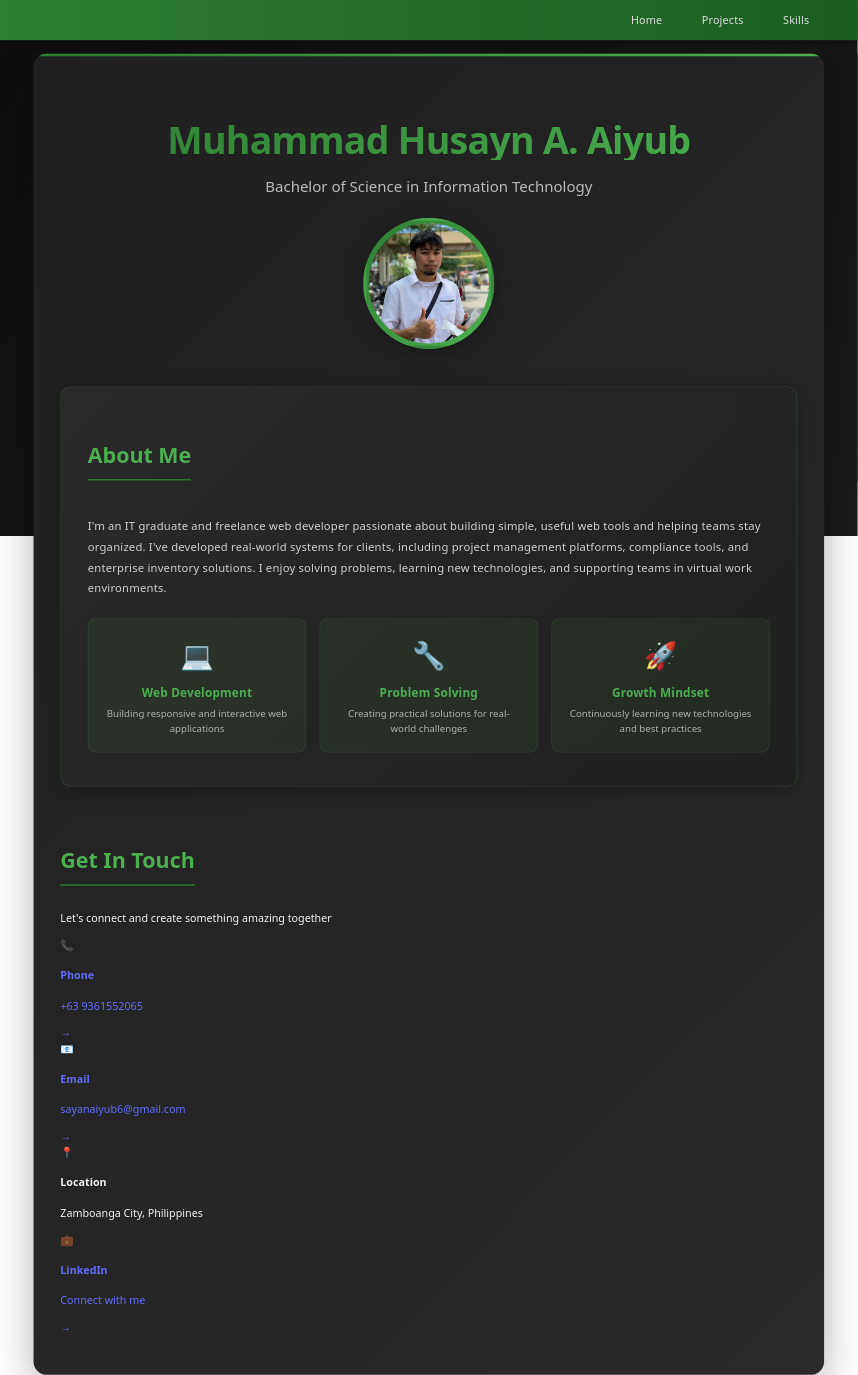
Repository: SAYANA11/portfolio
Page: /
The author's editor kept a copy of each file at every save. The page is drawn from the files as they stood at one save, then again after the next save.
The browser window is 1280 px wide. The pictures show the whole page, at 67% of full size.
The project was rebuilt for these pictures with package versions that can differ from the ones it lists, and the page was loaded fresh each time. Also part of the build but not shown: vite.config.js, src/components/Projects.css, src/components/Projects.jsx, src/components/Skills.css, src/components/Skills.jsx.

Above is the page before, as saved 2026-02-16 22:53:21.

### index.html
<!doctype html>
<html lang="en">
  <head>
    <meta charset="UTF-8" />
    <link rel="icon" type="image/svg+xml" href="/vite.svg" />
    <meta name="viewport" content="width=device-width, initial-scale=1.0" />
    <title>Muhammad Husayn Aiyub - Portfolio</title>
  </head>
  <body>
    <div id="root"></div>
    <script type="module" src="/src/main.jsx"></script>
  </body>
</html>

### src/index.css
:root {
  font-family: system-ui, Avenir, Helvetica, Arial, sans-serif;
  line-height: 1.5;
  font-weight: 400;

  color-scheme: light dark;
  color: rgba(255, 255, 255, 0.87);
  background-color: #242424;

  font-synthesis: none;
  text-rendering: optimizeLegibility;
  -webkit-font-smoothing: antialiased;
  -moz-osx-font-smoothing: grayscale;
}
/* Add in index.css or global style file */

a {
  font-weight: 500;
  color: #646cff;
  text-decoration: inherit;
}
a:hover {
  color: #535bf2;
}

html, body, #root {
  height: 100%;
  margin: 0;
  padding: 0;
}

body {
  margin: 0;
  min-width: 320px;
  background: linear-gradient(135deg, #0f0f0f 0%, #1a1a1a 100%);
  min-height: 100vh;
  position: relative;
}

body::before {
  content: '';
  position: fixed;
  top: 0;
  left: 0;
  right: 0;
  bottom: 0;
  background: linear-gradient(135deg, #0f0f0f 0%, #1a1a1a 100%);
  z-index: -1;
}

h1 {
  font-size: 3.2em;
  line-height: 1.1;
}

button {
  border-radius: 8px;
  border: 1px solid transparent;
  padding: 0.6em 1.2em;
  font-size: 1em;
  font-weight: 500;
  font-family: inherit;
  background-color: #1a1a1a;
  cursor: pointer;
  transition: border-color 0.25s;
}
button:hover {
  border-color: #646cff;
}
button:focus,
button:focus-visible {
  outline: 4px auto -webkit-focus-ring-color;
}

@media (prefers-color-scheme: light) {
  :root {
    color: #213547;
    background-color: #ffffff;
  }
  a:hover {
    color: #747bff;
  }
  button {
    background-color: #f9f9f9;
  }
}

### src/App.jsx
import React from "react";
import { BrowserRouter as Router, Routes, Route } from "react-router-dom";
import NavBar from "./components/Navbar";
import Hero from "./components/Hero";
import Projects from "./components/Projects";
import Skills from "./components/Skills";

function App() {
  return (
    <Router>
      <NavBar />
      <Routes>
        <Route path="/" element={<Hero />} />
        <Route path="/Projects" element={<Projects />} />
        <Route path="/Skills" element={<Skills />} />
      </Routes>
    </Router>
  );
}

export default App;

### src/components/Navbar.jsx
import React from "react";
import { Link } from "react-router-dom";
import "./Navbar.css";

const NavBar = () => {
  return (
    <nav className="navbar">
      <ul>
        <li>
          <Link to="/">Home</Link>
        </li>
        <li>
          <Link to="/Projects">Projects</Link>
        </li>
        <li>
          <Link to="/Skills">Skills</Link>
        </li>
      </ul>
    </nav>
  );
};

export default NavBar;

### src/components/Hero.jsx
import React from "react";
import myPhoto from "./sayana.jpg";
import "./Hero.css";

const Hero = () => {
  return (
    <div className="hero-container">
      {/* Header Section with Photo */}
      <div className="name">
        <h1 className="hero-title">Muhammad Husayn A. Aiyub</h1>
        <p className="hero-subtitle">Bachelor of Science in Information Technology</p>
        <div className="photo">
          <img src={myPhoto} alt="Muhammad Husayn Aiyub" />
        </div>
      </div>

      {/* Professional Summary */}
      <div className="about-section">
        <div className="about-container">
          <div className="about-header">
            <h2 className="section-title">About Me</h2>
            <div className="title-accent"></div>
          </div>
          <div className="about-content">
            <p className="about-text">
              I'm an IT graduate and freelance web developer passionate about building simple, useful web tools and helping teams stay organized. I've developed real-world systems for clients, including project management platforms, compliance tools, and enterprise inventory solutions. I enjoy solving problems, learning new technologies, and supporting teams in virtual work environments.
            </p>
            <div className="about-highlights">
              <div className="highlight-card">
                <span className="highlight-icon">💻</span>
                <h4>Web Development</h4>
                <p>Building responsive and interactive web applications</p>
              </div>
              <div className="highlight-card">
                <span className="highlight-icon">🔧</span>
                <h4>Problem Solving</h4>
                <p>Creating practical solutions for real-world challenges</p>
              </div>
              <div className="highlight-card">
                <span className="highlight-icon">🚀</span>
                <h4>Growth Mindset</h4>
                <p>Continuously learning new technologies and best practices</p>
              </div>
            </div>
          </div>
        </div>
      </div>

      {/* Contact Information */}
      <div className="contact-section">
        <div className="contact-header">
          <h2 className="section-title">Get In Touch</h2>
          <p className="contact-subtitle">Let's connect and create something amazing together</p>
          <div className="title-accent"></div>
        </div>
        <div className="contact-details">
          <a href="tel:+63-9361552065" className="contact-card">
            <div className="contact-card-icon">📞</div>
            <div className="contact-card-content">
              <h4 className="contact-card-label">Phone</h4>
              <p className="contact-card-value">+63 9361552065</p>
            </div>
            <div className="contact-card-arrow">→</div>
          </a>
          <a href="mailto:sayanaiyub6@gmail.com" className="contact-card">
            <div className="contact-card-icon">📧</div>
            <div className="contact-card-content">
              <h4 className="contact-card-label">Email</h4>
              <p className="contact-card-value">sayanaiyub6@gmail.com</p>
            </div>
            <div className="contact-card-arrow">→</div>
          </a>
          <div className="contact-card">
            <div className="contact-card-icon">📍</div>
            <div className="contact-card-content">
              <h4 className="contact-card-label">Location</h4>
              <p className="contact-card-value">Zamboanga City, Philippines</p>
            </div>
          </div>
          <a href="https://linkedin.com/in/sayn-aiyub-492046963" target="_blank" rel="noopener noreferrer" className="contact-card">
            <div className="contact-card-icon">💼</div>
            <div className="contact-card-content">
              <h4 className="contact-card-label">LinkedIn</h4>
              <p className="contact-card-value">Connect with me</p>
            </div>
            <div className="contact-card-arrow">→</div>
          </a>
        </div>
      </div>
    </div>
  );
};

export default Hero;

### src/components/Navbar.css
.navbar {
    background: linear-gradient(90deg, #2e7d32 0%, #1b5e20 100%);
    color: white;
    padding: 15px 40px;
    position: fixed;
    width: 100%;
    height: 60px;
    top: 0;
    z-index: 1000;
    display: flex;
    align-items: center;
    justify-content: flex-end;
    box-shadow: 0 4px 12px rgba(0, 0, 0, 0.3);
    backdrop-filter: blur(10px);
    box-sizing: border-box;
}

.navbar ul {
    list-style: none;
    padding: 0;
    margin: 0 20px 0 0;
    display: flex;
    gap: 35px;
}

.navbar ul li {
    font-size: 16px;
    transition: all 0.3s cubic-bezier(0.4, 0, 0.2, 1);
    position: relative;
}

.navbar ul li a {
    color: #e0e0e0;
    text-decoration: none;
    transition: all 0.3s cubic-bezier(0.4, 0, 0.2, 1);
    padding: 8px 12px;
    display: block;
    border-radius: 6px;
    font-weight: 500;
    letter-spacing: 0.3px;
}

.navbar ul li a::after {
    content: '';
    position: absolute;
    bottom: 0;
    left: 0;
    width: 0;
    height: 2px;
    background: #ffd700;
    transition: width 0.3s ease;
    border-radius: 2px;
}

.navbar ul li a:hover {
    color: white;
    background: rgba(76, 175, 80, 0.2);
}

.navbar ul li a:hover::after {
    width: 100%;
}

/* Responsive */
@media (max-width: 768px) {
    .navbar ul {
        gap: 10px; /* Reduce spacing for smaller screens */
        margin: 0 10px 0 0; /* Adjust margin for smaller screens */
    }

    .navbar ul li {
        font-size: 16px; /* Adjust font size for smaller screens */
    }
}

### src/components/Hero.css
/* Import Poppins font */
@import url('https://fonts.googleapis.com/css2?family=Poppins:wght@300;400;500;600;700&display=swap');

/* Root Variables for Better Theme Management */
:root {
  --primary-green: #2e7d32;
  --primary-green-light: #4caf50;
  --primary-green-dark: #1b5e20;
  --accent-gold: #ffd700;
  --text-light: #f1f1f1;
  --text-dark: #333;
  --text-muted: #666;
  --background-dark: #1a1a1a;
  --card-background: #2d2d2d;
  --border-color: #444;
  --shadow-light: rgba(0, 0, 0, 0.1);
  --shadow-medium: rgba(0, 0, 0, 0.3);
  --shadow-heavy: rgba(0, 0, 0, 0.7);
  --gradient-primary: linear-gradient(135deg, var(--primary-green), var(--primary-green-light));
  --gradient-card: linear-gradient(145deg, #2d2d2d, #1f1f1f);
}

/* Hero Container */
.hero-container {
  padding: 60px 40px;
  max-width: 1100px;
  margin: 80px auto;
  border-radius: 20px;
  background: linear-gradient(135deg, #1f1f1f 0%, #2a2a2a 100%);
  box-shadow: 0 20px 60px rgba(0, 0, 0, 0.3);
  color: var(--text-light);
  position: relative;
  overflow: hidden;
}

      .hero-container::before {
        content: '';
        position: absolute;
        top: 0;
        left: 0;
        right: 0;
        height: 4px;
        background: var(--gradient-primary);
        border-radius: 20px 20px 0 0;
      }

      /* Name Section */
      .name {
        text-align: center;
        margin-bottom: 50px;
        position: relative;
      }

      .hero-title {
        font-size: clamp(2rem, 5vw, 3.5rem);
        font-weight: 700;
        background: var(--gradient-primary);
        -webkit-background-clip: text;
        -webkit-text-fill-color: transparent;
        background-clip: text;
        margin-bottom: 15px;
        letter-spacing: -0.02em;
        animation: fadeInUp 0.8s ease-out;
      }

      .hero-subtitle {
        font-size: clamp(1rem, 2.5vw, 1.4rem);
        color: #bbb;
        font-weight: 400;
        margin-bottom: 30px;
        animation: fadeInUp 0.8s ease-out 0.2s both;
      }

      /* Photo Styling */
      .photo {
        position: relative;
        display: inline-block;
        animation: fadeInUp 0.8s ease-out 0.4s both;
      }

      .photo img {
        width: 180px;
        height: 180px;
        border-radius: 50%;
        object-fit: cover;
        border: 5px solid transparent;
        background: var(--gradient-primary);
        padding: 3px;
        transition: all 0.4s cubic-bezier(0.4, 0, 0.2, 1);
        box-shadow: 0 8px 32px var(--shadow-medium);
      }

      .photo::before {
        content: '';
        position: absolute;
        top: -10px;
        left: -10px;
        right: -10px;
        bottom: -10px;
        border-radius: 50%;
        background: var(--gradient-primary);
        opacity: 0;
        transition: opacity 0.4s ease;
        z-index: -1;
      }

      .photo:hover::before {
        opacity: 0.2;
      }

      .photo:hover img {
        transform: scale(1.05);
        box-shadow: 0 12px 48px var(--shadow-heavy);
      }

      /* Section Styling */
      .section-title {
        font-size: clamp(1.5rem, 4vw, 2rem);
        font-weight: 700;
        color: var(--primary-green-light);
        margin-bottom: 20px;
        border-bottom: 2px solid var(--primary-green);
        padding-bottom: 12px;
        display: inline-block;
        animation: fadeInUp 0.8s ease-out both;
      }

      /* About Section */
      .about-section {
  margin-bottom: 60px;
  animation: fadeInUp 0.8s ease-out 0.2s both;
}

.about-container {
  background: linear-gradient(135deg, #2a2a2a 0%, #1f1f1f 100%);
  border: 1px solid rgba(76, 175, 80, 0.2);
  border-radius: 16px;
  padding: 50px 40px;
  transition: all 0.3s cubic-bezier(0.4, 0, 0.2, 1);
  box-shadow: 0 8px 32px rgba(0, 0, 0, 0.3);
}

.about-container:hover {
  border-color: rgba(76, 175, 80, 0.4);
  box-shadow: 0 16px 48px rgba(46, 125, 50, 0.25);
  transform: translateY(-4px);
}

.about-header {
  margin-bottom: 32px;
}

.about-text {
  font-size: 1.05rem;
  line-height: 1.85;
  color: #d0d0d0;
  margin-bottom: 30px;
  letter-spacing: 0.3px;
}

.about-highlights {
  display: grid;
  grid-template-columns: repeat(auto-fit, minmax(240px, 1fr));
  gap: 20px;
  margin-top: 28px;
}

.highlight-card {
  background: rgba(76, 175, 80, 0.08);
  border: 1px solid rgba(76, 175, 80, 0.2);
  padding: 24px;
  border-radius: 12px;
  text-align: center;
  transition: all 0.3s cubic-bezier(0.4, 0, 0.2, 1);
}

.highlight-card:hover {
  background: rgba(76, 175, 80, 0.15);
  border-color: rgba(76, 175, 80, 0.4);
  transform: translateY(-6px);
  box-shadow: 0 12px 28px rgba(46, 125, 50, 0.2);
}

.highlight-icon {
  font-size: 2.5rem;
  display: block;
  margin-bottom: 12px;
  transition: transform 0.3s ease;
}

.highlight-card:hover .highlight-icon {
  transform: scale(1.2);
}

.highlight-card h4 {
  font-size: 1.1rem;
  font-weight: 700;
  color: #4caf50;
  margin: 12px 0 8px 0;
  letter-spacing: 0.3px;
}

.highlight-card p {
  font-size: 0.9rem;
  color: #b0b0b0;
  margin: 0;
  line-height: 1.5;
/* Contact Section */
.contact-section {
  margin-bottom: 0;
  animation: fadeInUp 0.8s ease-out 0.3s both;
}

.contact-header {
  margin-bottom: 40px;
  text-align: center;
}

.contact-subtitle {
  font-size: 1.15rem;
  color: #a0a0a0;
  margin-top: 10px;
  margin-bottom: 0;
  letter-spacing: 0.3px;
}

.contact-details {
  display: grid;
  grid-template-columns: repeat(auto-fit, minmax(280px, 1fr));
  gap: 24px;
  margin-top: 10px;
}

.contact-card {
  background: linear-gradient(135deg, rgba(76, 175, 80, 0.08), rgba(76, 175, 80, 0.02));
  border: 2px solid rgba(76, 175, 80, 0.2);
  padding: 32px 28px;
  border-radius: 14px;
  display: flex;
  flex-direction: column;
  align-items: center;
  text-align: center;
  gap: 16px;
  transition: all 0.3s cubic-bezier(0.4, 0, 0.2, 1);
  text-decoration: none;
  position: relative;
  overflow: hidden;
  cursor: pointer;
  animation: fadeInUp 0.6s ease-out both;
}

.contact-card:nth-child(1) { animation-delay: 0.35s; }
.contact-card:nth-child(2) { animation-delay: 0.4s; }
.contact-card:nth-child(3) { animation-delay: 0.45s; }
.contact-card:nth-child(4) { animation-delay: 0.5s; }

.contact-card::before {
  content: '';
  position: absolute;
  top: 0;
  left: 0;
  right: 0;
  bottom: 0;
  background: linear-gradient(135deg, rgba(76, 175, 80, 0.2), transparent);
  opacity: 0;
  transition: opacity 0.3s ease;
}

.contact-card:hover {
  border-color: rgba(76, 175, 80, 0.5);
  background: linear-gradient(135deg, rgba(76, 175, 80, 0.15), rgba(76, 175, 80, 0.05));
  transform: translateY(-8px);
  box-shadow: 0 16px 48px rgba(46, 125, 50, 0.25);
}

.contact-card:hover::before {
  opacity: 1;
}

.contact-card:hover .contact-card-arrow {
  opacity: 1;
  transform: translateX(4px);
}

.contact-card-icon {
  font-size: 3rem;
  transition: transform 0.3s ease;
  position: relative;
  z-index: 1;
}

.contact-card:hover .contact-card-icon {
  transform: scale(1.2);
}

.contact-card-content {
  position: relative;
  z-index: 1;
  flex: 1;
  display: flex;
  flex-direction: column;
  justify-content: center;
}

.contact-card-label {
  font-size: 0.9rem;
  color: #4caf50;
  text-transform: uppercase;
  letter-spacing: 1px;
  margin: 0 0 8px 0;
  font-weight: 700;
}

.contact-card-value {
  font-size: 1.05rem;
  color: #e0e0e0;
  margin: 0;
  font-weight: 500;
  letter-spacing: 0.2px;
}

.contact-card-arrow {
  position: absolute;
  right: 28px;
  top: 50%;
  transform: translateY(-50%);
  font-size: 1.5rem;
  color: #4caf50;
  opacity: 0;
  transition: all 0.3s ease;
}

/* Modal Styles */
.modal {
  display: none;
}

/* Title Accent */
.title-accent {
  height: 3px;
  width: 60px;
  background: linear-gradient(90deg, #4caf50, #2e7d32);
  border-radius: 2px;
  margin-top: 12px;
  animation: slideIn 0.6s ease-out 0.3s both;
}

@keyframes slideIn {
  from {
    width: 0;
  }
  to {
    width: 60px;
  }
}

      /* Animations */
      @keyframes fadeInUp {
        from {
          opacity: 0;
          transform: translateY(30px);
        }
        to {
          opacity: 1;
          transform: translateY(0);
        }
      }

      /* Responsive Design */
      @media (max-width: 768px) {
        .hero-container {
          padding: 40px 20px;
          margin-top: 60px;
          margin-left: 10px;
          margin-right: 10px;
        }

        .section-title {
          font-size: 1.4rem;
        }

        .about-container {
          padding: 40px 28px;
        }

        .about-highlights {
          grid-template-columns: 1fr;
          gap: 16px;
        }

        .contact-details {
          grid-template-columns: 1fr;
        }

        .photo img {
          width: 140px;
          height: 140px;
        }
      }

      @media (max-width: 480px) {
        .hero-container {
          padding: 30px 15px;
          margin-top: 40px;
          border-radius: 16px;
        }

        .hero-title {
          font-size: 1.8rem;
        }

        .hero-subtitle {
          font-size: 1rem;
        }

        .about-section,
        .contact-section {
          margin-bottom: 30px;
        }

        .about-container {
          padding: 32px 20px;
        }

        .about-highlights {
          grid-template-columns: 1fr;
          gap: 14px;
        }

        .highlight-card {
          padding: 18px;
        }

        .about-text {
          font-size: 0.95rem;
        }

        .contact-details {
          grid-template-columns: 1fr;
          gap: 16px;
        }

        .contact-card {
          padding: 24px;
        }

        .contact-card-icon {
          font-size: 2.5rem;
        }

        .photo img {
          width: 120px;
          height: 120px;
        }

        .section-title {
          font-size: 1.3rem;
        }
      }

Loaded but not shown: src/main.jsx (common file)

After the next save:
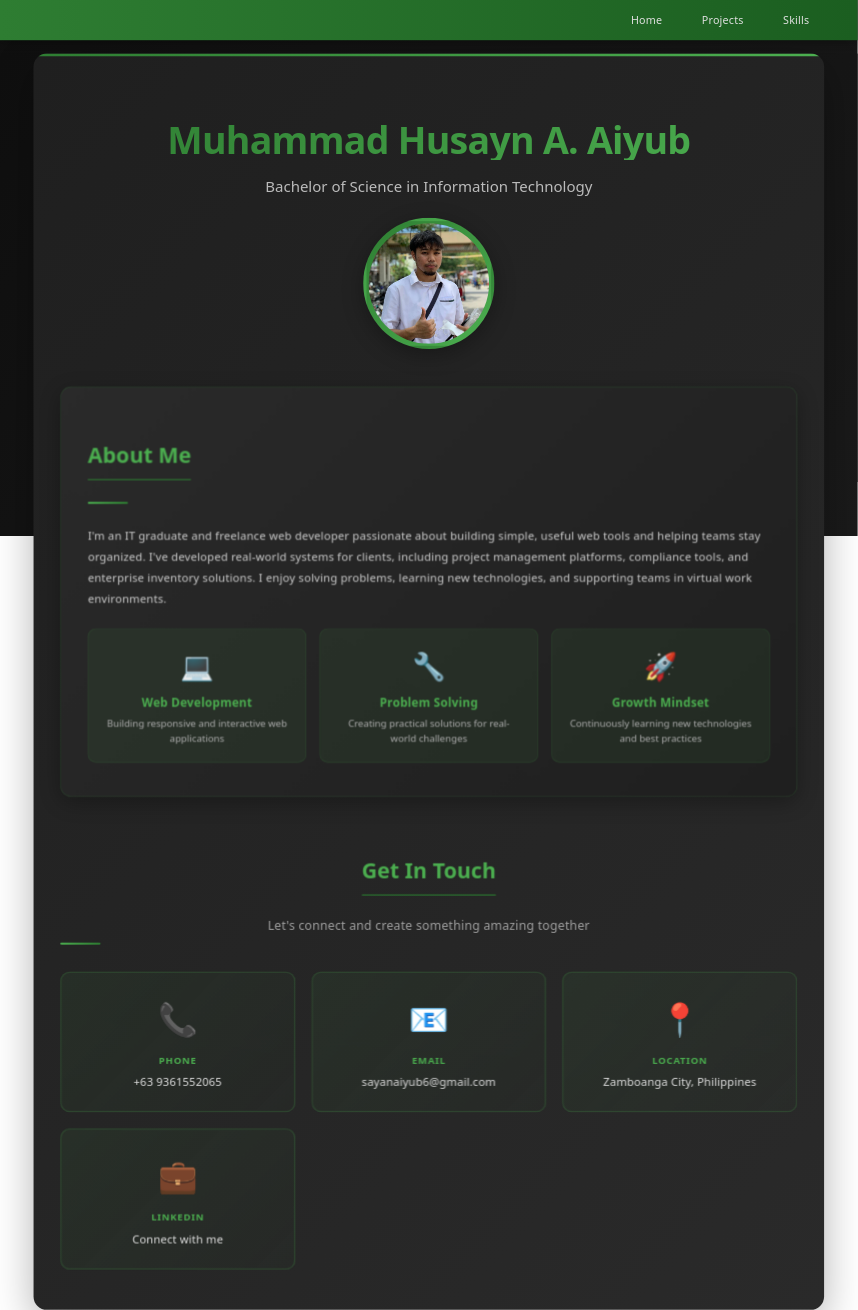
Saved 43 min 9 s later.
--- a/src/components/Hero.css
+++ b/src/components/Hero.css
@@ -205,6 +205,8 @@
   color: #b0b0b0;
   margin: 0;
   line-height: 1.5;
+}
+
 /* Contact Section */
 .contact-section {
   margin-bottom: 0;
